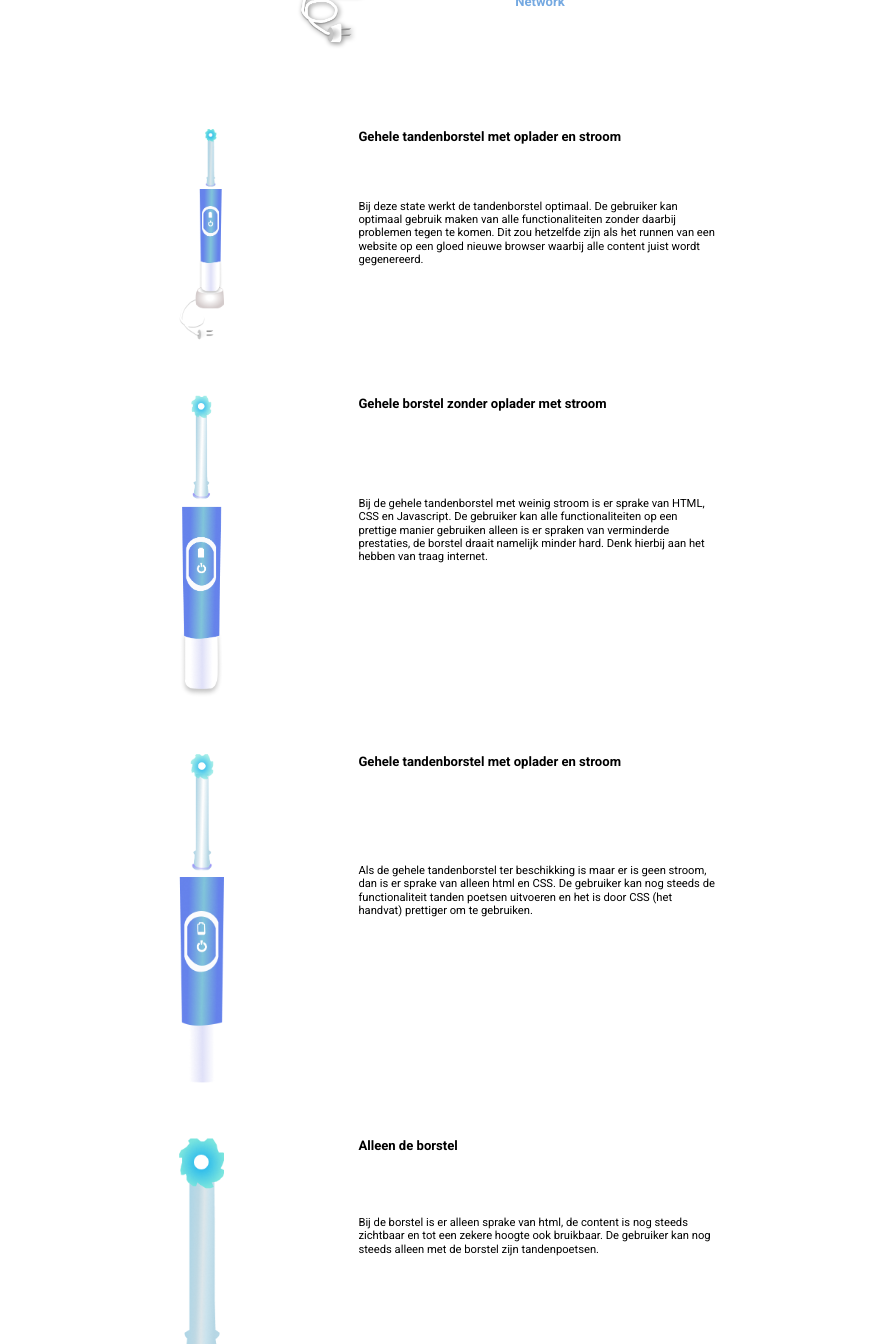
Repository: norakramer1/browser-technologies-2122
Page: progressive-enhanced-toothbrush-main/index.html
An editor plug-in stored every save of this project. The page is shown before and after the next save, followed by the edit.
The browser window is 1280 px wide. The pictures show the part of the page from y = 1238 to 3158 px (the page is 3356 px tall), at 70% of full size.

Above is the page before, as saved 2022-03-23 14:28:00.

After the next save:
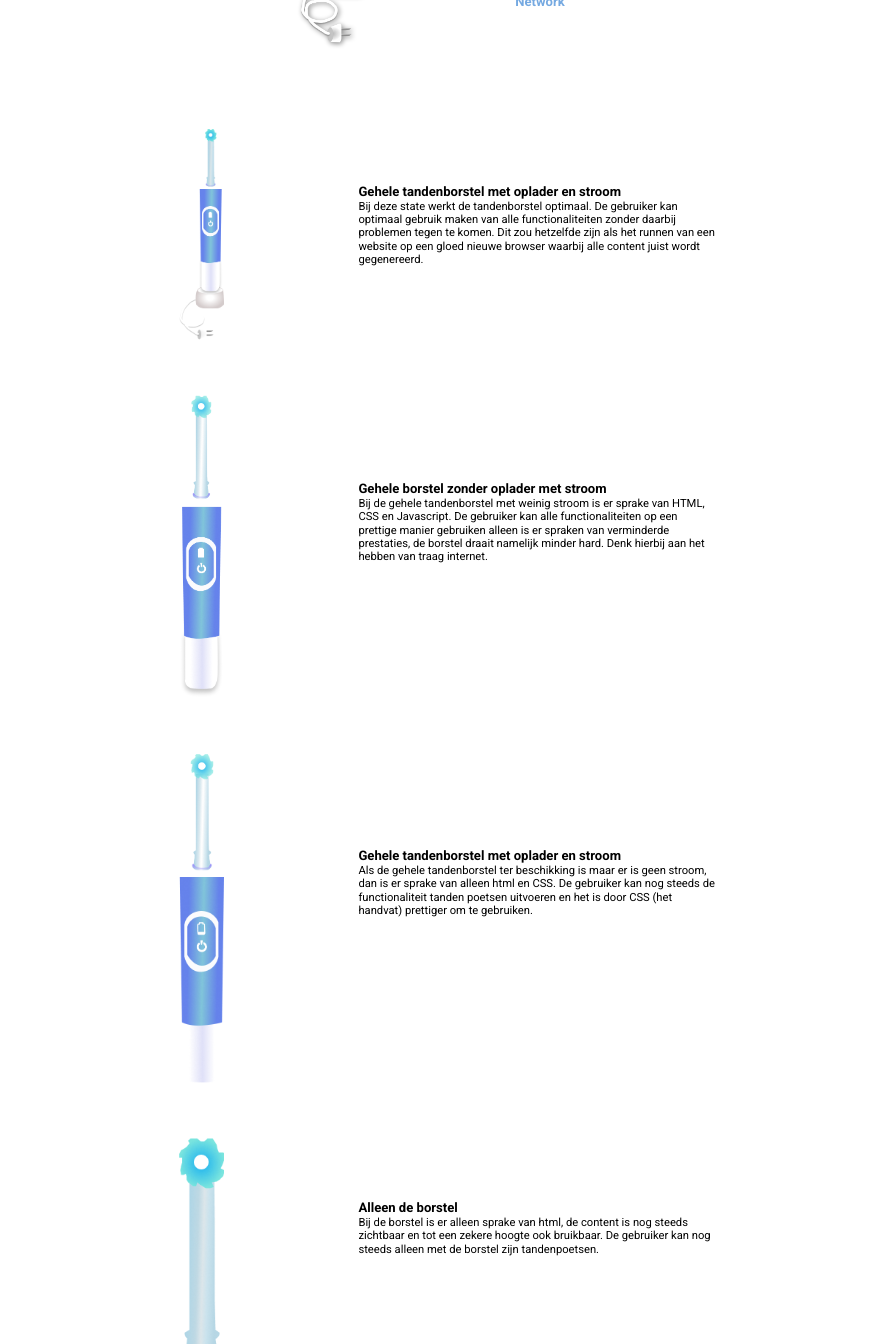
Saved 6 s later.
--- a/progressive-enhanced-toothbrush-main/style.css
+++ b/progressive-enhanced-toothbrush-main/style.css
@@ -119,7 +119,7 @@ article:last-child img {
 
 article:last-child h3 {
     grid-area: 1 / 2 / 2 / 3;
-    place-self: left end;
+    place-self: end left;
 }
 
 article:last-child p {
